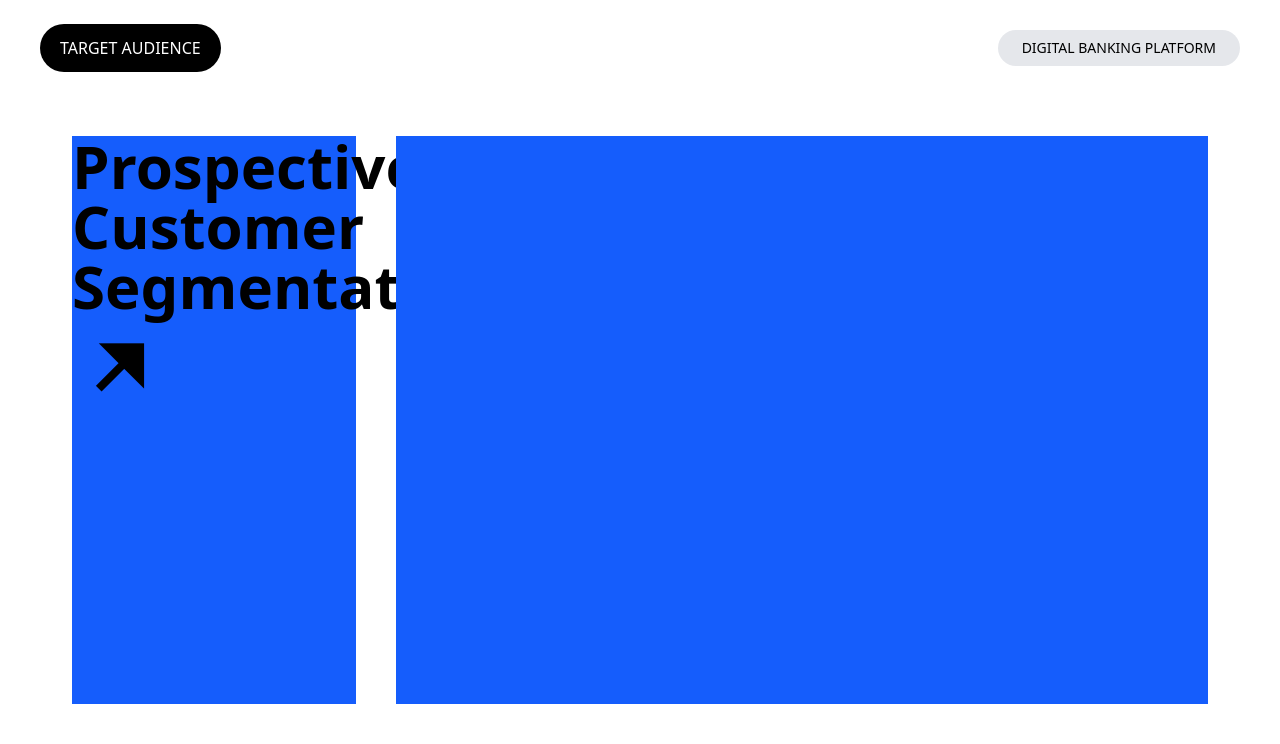
Repository: Mohitkumar1322/ReactTut
Page: / (app in projectSher1/)
The author's editor kept a copy of each file at every save. The page is drawn from the files as they stood at one save, then again after a run of saves.
The browser window is 1280 px wide. The pictures show the whole page.
The project was rebuilt for these pictures with package versions that can differ from the ones it lists, and the page was loaded fresh each time. Also part of the build but not shown: projectSher1/vite.config.js.

Above is the page before, as saved 2025-11-16 14:08:24.

After the next 2 saves:
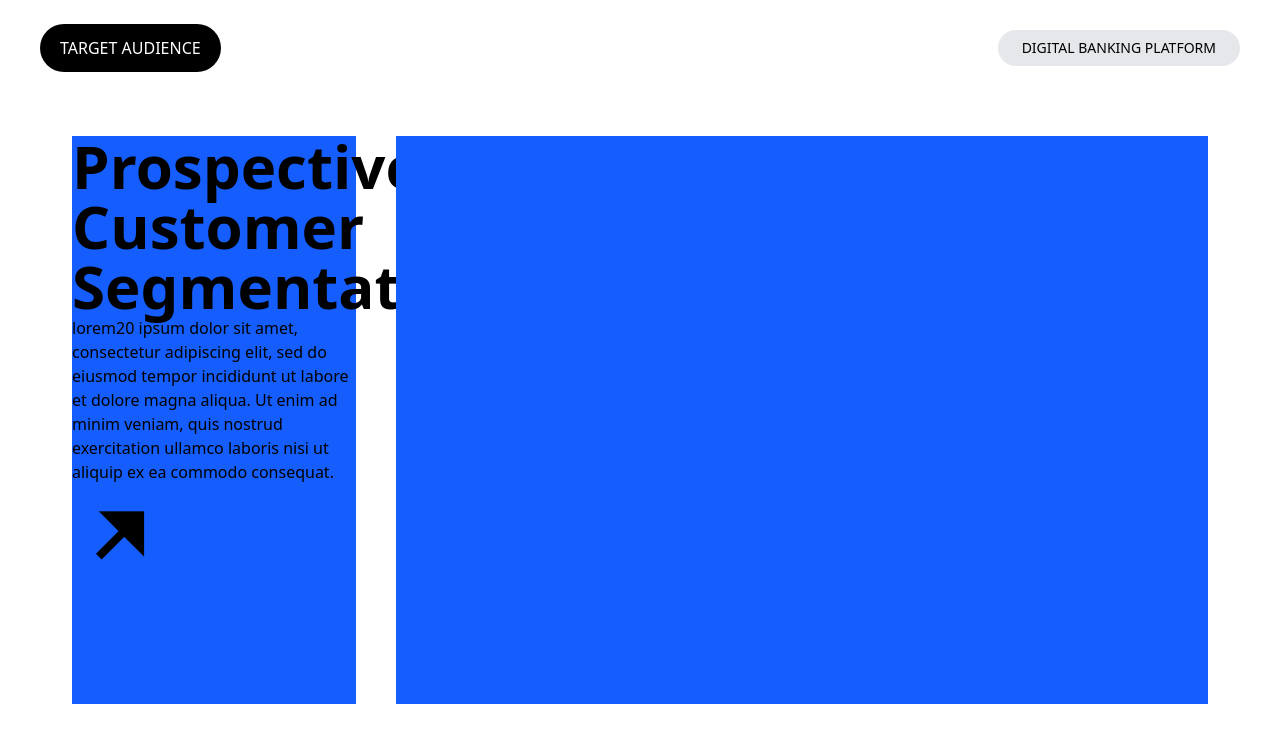
The 2 saves are shown as one change because they came seconds apart.
The last was saved 6 s later.
--- a/projectSher1/src/components/Section1/LeftContent.jsx
+++ b/projectSher1/src/components/Section1/LeftContent.jsx
@@ -7,7 +7,9 @@ const LeftContent = () => {
         <h3 className='text-6xl font-bold'>
             Prospective<br></br> <span>Customer</span> <br />Segmentation
         </h3>
-
+        <p>lorem20
+            ipsum dolor sit amet, consectetur adipiscing elit, sed do eiusmod tempor incididunt ut labore et dolore magna aliqua. Ut enim ad minim veniam, quis nostrud exercitation ullamco laboris nisi ut aliquip ex ea commodo consequat.
+        </p>
       </div>
       <div className='text-8xl'>
         <i className="ri-arrow-right-up-fill"></i>
